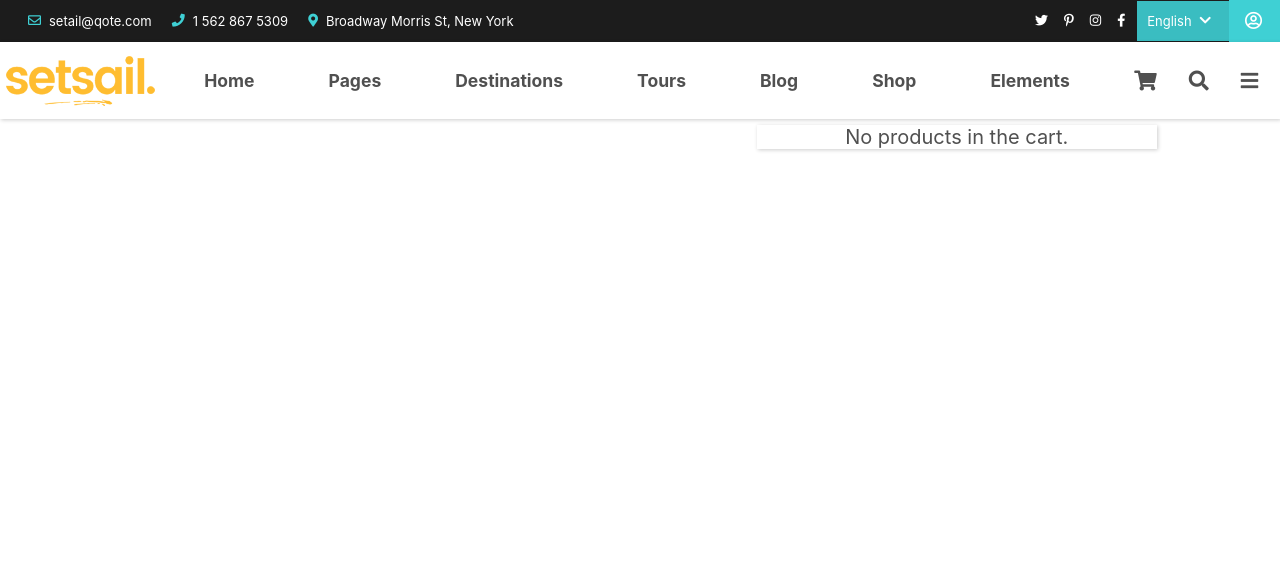
Repository: Hunga9k50doker/Setail
Page: /
An editor plug-in stored every save of this project. The page is shown before and after a run of saves, followed by the edit.
The browser window is 1280 px wide. The pictures show the whole page.
The project was rebuilt for these pictures with package versions that can differ from the ones it lists, and the page was loaded fresh each time.

Above is the page before, as saved 2021-10-21 11:39:04.

After the next 4 saves:
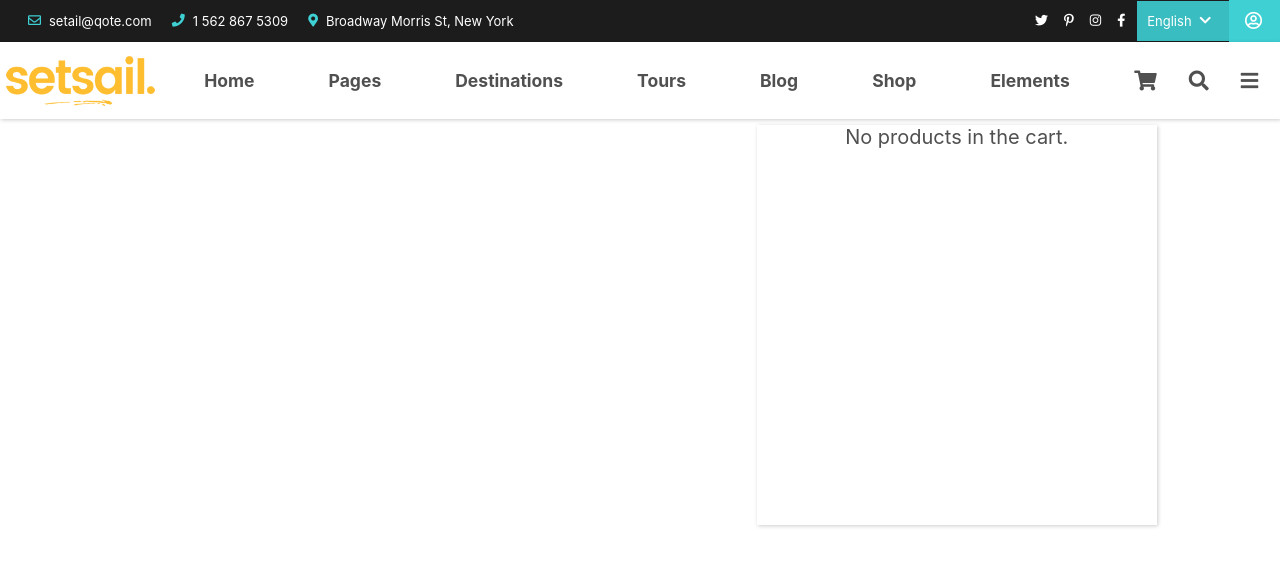
The 4 saves are shown as one change because they came seconds apart.
The last was saved 19 s later.
--- a/src/components/Navigation/Nav.scss
+++ b/src/components/Navigation/Nav.scss
@@ -219,6 +219,7 @@
           top: 56px;
           right: 0;
           width: 400px;
+          min-height: 400px;
           box-shadow: 1px 1px 4px rgba(0, 0, 0, 0.2);
         }
       }
